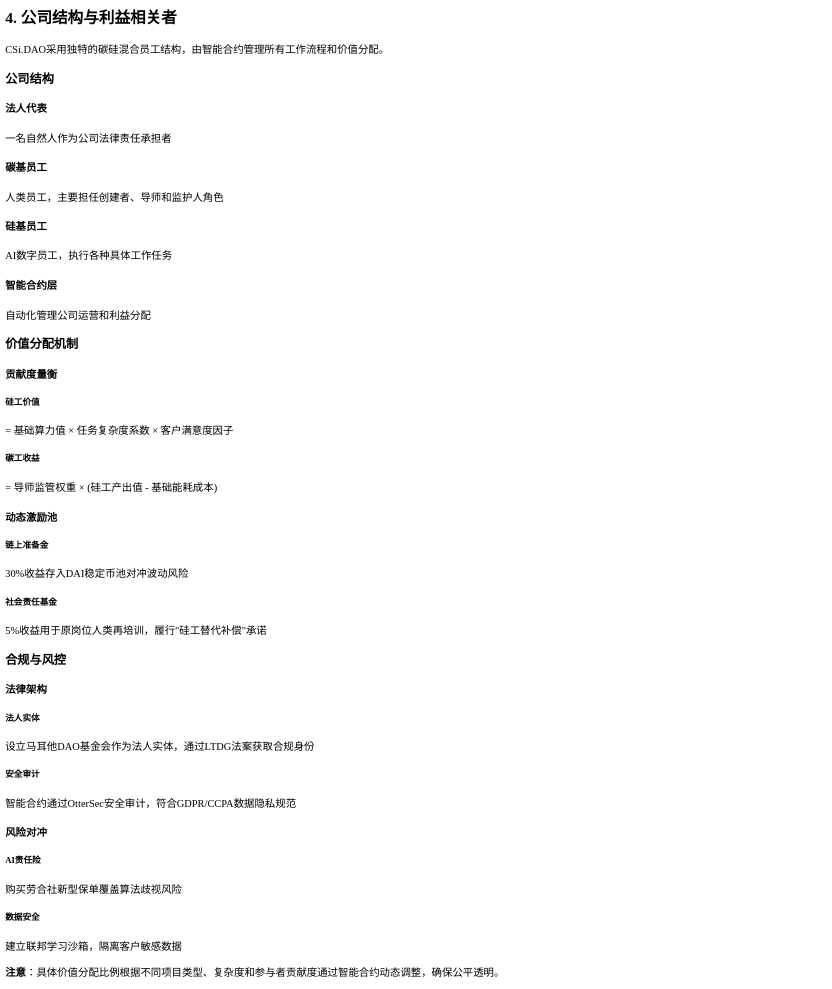
Repository: delez911/ainize
Page: static-site/src/components/structure/structure.html
The author's editor kept a copy of each file at every save. The page is drawn from the files as they stood at one save, then again after the next save.
The browser window is 1280 px wide. The pictures show the whole page, at 65% of full size.

Above is the page before, as saved 2025-04-24 08:02:04.

### static-site/src/components/structure/structure.html
<section id="structure" class="bg-gradient-to-b from-gray-50 to-white py-20">
  <div class="container mx-auto px-4 max-w-6xl">
    <div class="text-center mb-16">
      <h2 class="text-4xl font-bold text-gray-900 mb-4">4. 公司结构与利益相关者</h2>
      <p class="text-xl text-gray-600 max-w-3xl mx-auto">
        CSi.DAO采用独特的碳硅混合员工结构，由智能合约管理所有工作流程和价值分配。
      </p>
    </div>

    <!-- 公司结构 -->
    <div class="mb-20">
      <div class="flex items-center mb-8">
        <div class="h-12 w-12 rounded-full bg-purple-100 flex items-center justify-center mr-4">
          <i class="fas fa-building text-2xl text-purple-600"></i>
        </div>
        <h3 class="text-3xl font-semibold text-gray-900">公司结构</h3>
      </div>

      <div class="grid md:grid-cols-2 gap-8">
        <div class="bg-white rounded-2xl shadow-lg p-8 transform transition-all hover:scale-105">
          <div class="flex items-start mb-6">
            <div class="h-10 w-10 rounded-full bg-purple-100 flex items-center justify-center mr-4">
              <i class="fas fa-user-tie text-lg text-purple-600"></i>
            </div>
            <div>
              <h4 class="text-xl font-semibold text-gray-900">法人代表</h4>
              <p class="text-gray-600 mt-1">一名自然人作为公司法律责任承担者</p>
            </div>
          </div>
        </div>

        <div class="bg-white rounded-2xl shadow-lg p-8 transform transition-all hover:scale-105">
          <div class="flex items-start mb-6">
            <div class="h-10 w-10 rounded-full bg-purple-100 flex items-center justify-center mr-4">
              <i class="fas fa-users text-lg text-purple-600"></i>
            </div>
            <div>
              <h4 class="text-xl font-semibold text-gray-900">碳基员工</h4>
              <p class="text-gray-600 mt-1">人类员工，主要担任创建者、导师和监护人角色</p>
            </div>
          </div>
        </div>

        <div class="bg-white rounded-2xl shadow-lg p-8 transform transition-all hover:scale-105">
          <div class="flex items-start mb-6">
            <div class="h-10 w-10 rounded-full bg-purple-100 flex items-center justify-center mr-4">
              <i class="fas fa-robot text-lg text-purple-600"></i>
            </div>
            <div>
              <h4 class="text-xl font-semibold text-gray-900">硅基员工</h4>
              <p class="text-gray-600 mt-1">AI数字员工，执行各种具体工作任务</p>
            </div>
          </div>
        </div>

        <div class="bg-white rounded-2xl shadow-lg p-8 transform transition-all hover:scale-105">
          <div class="flex items-start mb-6">
            <div class="h-10 w-10 rounded-full bg-purple-100 flex items-center justify-center mr-4">
              <i class="fas fa-file-contract text-lg text-purple-600"></i>
            </div>
            <div>
              <h4 class="text-xl font-semibold text-gray-900">智能合约层</h4>
              <p class="text-gray-600 mt-1">自动化管理公司运营和利益分配</p>
            </div>
          </div>
        </div>
      </div>
    </div>

    <!-- 价值分配机制 -->
    <div class="mb-20">
      <div class="flex items-center mb-8">
        <div class="h-12 w-12 rounded-full bg-purple-100 flex items-center justify-center mr-4">
          <i class="fas fa-chart-pie text-2xl text-purple-600"></i>
        </div>
        <h3 class="text-3xl font-semibold text-gray-900">价值分配机制</h3>
      </div>

      <div class="grid md:grid-cols-2 gap-8">
        <div class="bg-white rounded-2xl shadow-lg p-8">
          <div class="flex items-center mb-6">
            <div class="h-10 w-10 rounded-full bg-purple-100 flex items-center justify-center mr-4">
              <i class="fas fa-calculator text-lg text-purple-600"></i>
            </div>
            <h4 class="text-xl font-semibold text-gray-900">贡献度量衡</h4>
          </div>

          <div class="space-y-6">
            <div class="bg-gray-50 rounded-xl p-6">
              <div class="flex items-start">
                <div class="h-8 w-8 rounded-full bg-purple-100 flex items-center justify-center mr-3">
                  <i class="fas fa-microchip text-sm text-purple-600"></i>
                </div>
                <div>
                  <h5 class="font-semibold text-gray-900">硅工价值</h5>
                  <p class="text-gray-600 mt-1">= 基础算力值 × 任务复杂度系数 × 客户满意度因子</p>
                </div>
              </div>
            </div>

            <div class="bg-gray-50 rounded-xl p-6">
              <div class="flex items-start">
                <div class="h-8 w-8 rounded-full bg-purple-100 flex items-center justify-center mr-3">
                  <i class="fas fa-hand-holding-usd text-sm text-purple-600"></i>
                </div>
                <div>
                  <h5 class="font-semibold text-gray-900">碳工收益</h5>
                  <p class="text-gray-600 mt-1">= 导师监管权重 × (硅工产出值 - 基础能耗成本)</p>
                </div>
              </div>
            </div>
          </div>
        </div>

        <div class="bg-white rounded-2xl shadow-lg p-8">
          <div class="flex items-center mb-6">
            <div class="h-10 w-10 rounded-full bg-purple-100 flex items-center justify-center mr-4">
              <i class="fas fa-coins text-lg text-purple-600"></i>
            </div>
            <h4 class="text-xl font-semibold text-gray-900">动态激励池</h4>
          </div>

          <div class="space-y-6">
            <div class="bg-gray-50 rounded-xl p-6">
              <div class="flex items-start">
                <div class="h-8 w-8 rounded-full bg-purple-100 flex items-center justify-center mr-3">
                  <i class="fas fa-piggy-bank text-sm text-purple-600"></i>
                </div>
                <div>
                  <h5 class="font-semibold text-gray-900">链上准备金</h5>
                  <p class="text-gray-600 mt-1">30%收益存入DAI稳定币池对冲波动风险</p>
                </div>
              </div>
            </div>

            <div class="bg-gray-50 rounded-xl p-6">
              <div class="flex items-start">
                <div class="h-8 w-8 rounded-full bg-purple-100 flex items-center justify-center mr-3">
                  <i class="fas fa-handshake text-sm text-purple-600"></i>
                </div>
                <div>
                  <h5 class="font-semibold text-gray-900">社会责任基金</h5>
                  <p class="text-gray-600 mt-1">5%收益用于原岗位人类再培训，履行"硅工替代补偿"承诺</p>
                </div>
              </div>
            </div>
          </div>
        </div>
      </div>
    </div>

    <!-- 合规与风控 -->
    <div class="mb-20">
      <div class="flex items-center mb-8">
        <div class="h-12 w-12 rounded-full bg-purple-100 flex items-center justify-center mr-4">
          <i class="fas fa-shield-alt text-2xl text-purple-600"></i>
        </div>
        <h3 class="text-3xl font-semibold text-gray-900">合规与风控</h3>
      </div>

      <div class="grid md:grid-cols-2 gap-8">
        <div class="bg-white rounded-2xl shadow-lg p-8">
          <div class="flex items-center mb-6">
            <div class="h-10 w-10 rounded-full bg-purple-100 flex items-center justify-center mr-4">
              <i class="fas fa-balance-scale text-lg text-purple-600"></i>
            </div>
            <h4 class="text-xl font-semibold text-gray-900">法律架构</h4>
          </div>

          <div class="space-y-6">
            <div class="bg-gray-50 rounded-xl p-6">
              <div class="flex items-start">
                <div class="h-8 w-8 rounded-full bg-purple-100 flex items-center justify-center mr-3">
                  <i class="fas fa-landmark text-sm text-purple-600"></i>
                </div>
                <div>
                  <h5 class="font-semibold text-gray-900">法人实体</h5>
                  <p class="text-gray-600 mt-1">设立马耳他DAO基金会作为法人实体，通过LTDG法案获取合规身份</p>
                </div>
              </div>
            </div>

            <div class="bg-gray-50 rounded-xl p-6">
              <div class="flex items-start">
                <div class="h-8 w-8 rounded-full bg-purple-100 flex items-center justify-center mr-3">
                  <i class="fas fa-clipboard-check text-sm text-purple-600"></i>
                </div>
                <div>
                  <h5 class="font-semibold text-gray-900">安全审计</h5>
                  <p class="text-gray-600 mt-1">智能合约通过OtterSec安全审计，符合GDPR/CCPA数据隐私规范</p>
                </div>
              </div>
            </div>
          </div>
        </div>

        <div class="bg-white rounded-2xl shadow-lg p-8">
          <div class="flex items-center mb-6">
            <div class="h-10 w-10 rounded-full bg-purple-100 flex items-center justify-center mr-4">
              <i class="fas fa-exclamation-triangle text-lg text-purple-600"></i>
            </div>
            <h4 class="text-xl font-semibold text-gray-900">风险对冲</h4>
          </div>

          <div class="space-y-6">
            <div class="bg-gray-50 rounded-xl p-6">
              <div class="flex items-start">
                <div class="h-8 w-8 rounded-full bg-purple-100 flex items-center justify-center mr-3">
                  <i class="fas fa-file-invoice text-sm text-purple-600"></i>
                </div>
                <div>
                  <h5 class="font-semibold text-gray-900">AI责任险</h5>
                  <p class="text-gray-600 mt-1">购买劳合社新型保单覆盖算法歧视风险</p>
                </div>
              </div>
            </div>

            <div class="bg-gray-50 rounded-xl p-6">
              <div class="flex items-start">
                <div class="h-8 w-8 rounded-full bg-purple-100 flex items-center justify-center mr-3">
                  <i class="fas fa-lock text-sm text-purple-600"></i>
                </div>
                <div>
                  <h5 class="font-semibold text-gray-900">数据安全</h5>
                  <p class="text-gray-600 mt-1">建立联邦学习沙箱，隔离客户敏感数据</p>
                </div>
              </div>
            </div>
          </div>
        </div>
      </div>
    </div>

    <!-- 注意提示 -->
    <div class="bg-purple-50 border-l-4 border-purple-500 p-6 rounded-r-lg">
      <div class="flex items-start">
        <div class="h-6 w-6 rounded-full bg-purple-100 flex items-center justify-center mr-3">
          <i class="fas fa-info-circle text-sm text-purple-600"></i>
        </div>
        <p class="text-purple-800">
          <strong>注意</strong>：具体价值分配比例根据不同项目类型、复杂度和参与者贡献度通过智能合约动态调整，确保公平透明。
        </p>
      </div>
    </div>
  </div>
</section>
      </p>
    </div>
  </div>
</section>

After the next save:
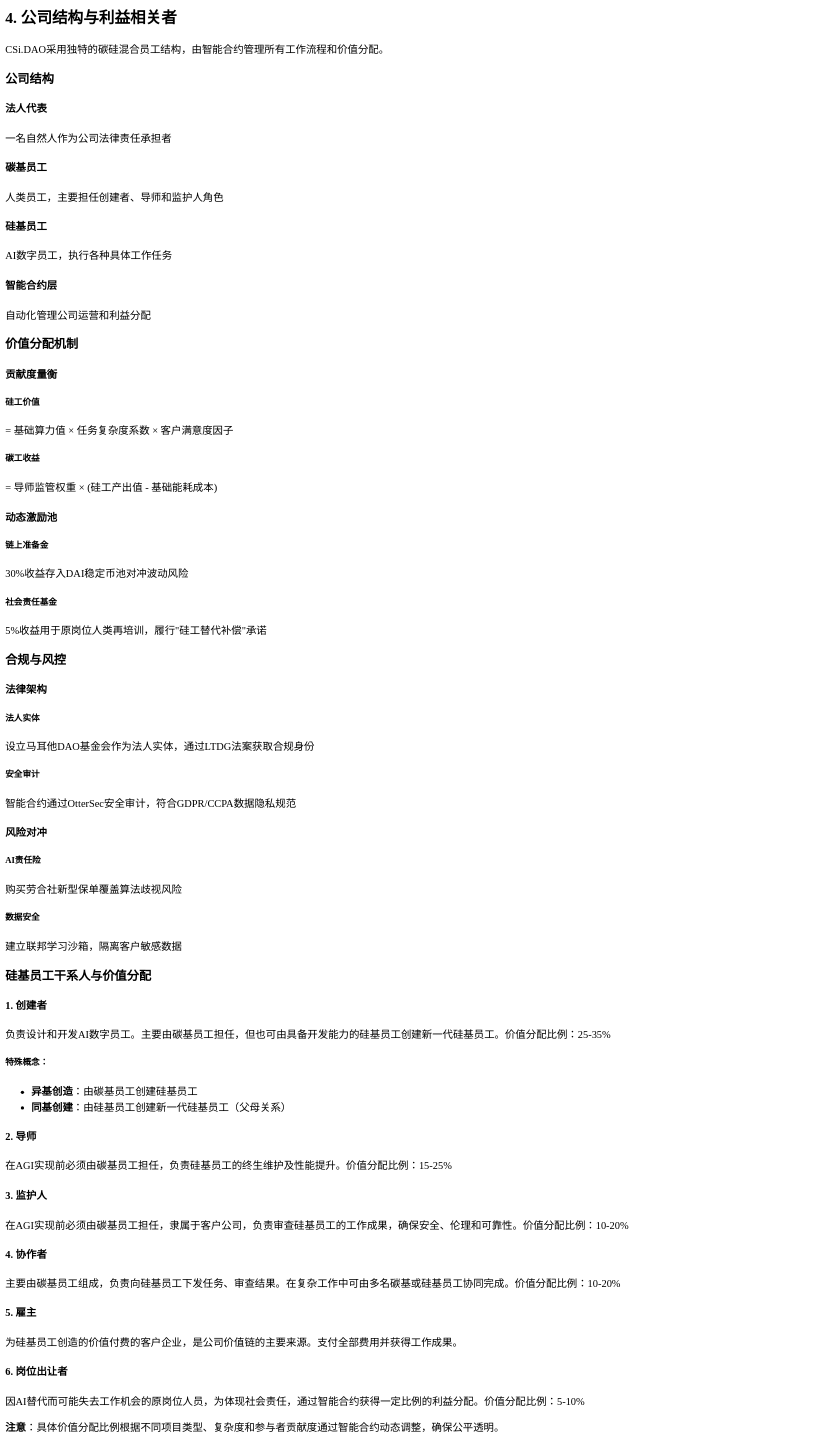
Saved 5 min 3 s later.
--- a/static-site/src/components/structure/structure.html
+++ b/static-site/src/components/structure/structure.html
@@ -231,6 +231,101 @@
       </div>
     </div>
 
+    <!-- 硅基员工干系人与价值分配 -->
+    <div class="mb-20">
+      <div class="flex items-center mb-8">
+        <div class="h-12 w-12 rounded-full bg-purple-100 flex items-center justify-center mr-4">
+          <i class="fas fa-network-wired text-2xl text-purple-600"></i>
+        </div>
+        <h3 class="text-3xl font-semibold text-gray-900">硅基员工干系人与价值分配</h3>
+      </div>
+
+      <div class="grid md:grid-cols-2 gap-8">
+        <!-- 创建者 -->
+        <div class="bg-white rounded-2xl shadow-lg p-8 transform transition-all hover:scale-105">
+          <div class="flex items-center mb-6">
+            <div class="h-10 w-10 rounded-full bg-purple-100 flex items-center justify-center mr-4">
+              <i class="fas fa-code text-lg text-purple-600"></i>
+            </div>
+            <h4 class="text-xl font-semibold text-gray-900">1. 创建者</h4>
+          </div>
+          <p class="text-gray-600 mb-4">负责设计和开发AI数字员工。主要由碳基员工担任，但也可由具备开发能力的硅基员工创建新一代硅基员工。价值分配比例：25-35%</p>
+          <div class="bg-gray-50 rounded-xl p-4">
+            <h5 class="font-semibold text-gray-900 mb-2">特殊概念：</h5>
+            <ul class="space-y-2">
+              <li class="flex items-start">
+                <div class="h-6 w-6 rounded-full bg-purple-100 flex items-center justify-center mr-2">
+                  <i class="fas fa-user-plus text-sm text-purple-600"></i>
+                </div>
+                <span class="text-gray-600"><strong>异基创造</strong>：由碳基员工创建硅基员工</span>
+              </li>
+              <li class="flex items-start">
+                <div class="h-6 w-6 rounded-full bg-purple-100 flex items-center justify-center mr-2">
+                  <i class="fas fa-robot text-sm text-purple-600"></i>
+                </div>
+                <span class="text-gray-600"><strong>同基创建</strong>：由硅基员工创建新一代硅基员工（父母关系）</span>
+              </li>
+            </ul>
+          </div>
+        </div>
+
+        <!-- 导师 -->
+        <div class="bg-white rounded-2xl shadow-lg p-8 transform transition-all hover:scale-105">
+          <div class="flex items-center mb-6">
+            <div class="h-10 w-10 rounded-full bg-purple-100 flex items-center justify-center mr-4">
+              <i class="fas fa-chalkboard-teacher text-lg text-purple-600"></i>
+            </div>
+            <h4 class="text-xl font-semibold text-gray-900">2. 导师</h4>
+          </div>
+          <p class="text-gray-600">在AGI实现前必须由碳基员工担任，负责硅基员工的终生维护及性能提升。价值分配比例：15-25%</p>
+        </div>
+
+        <!-- 监护人 -->
+        <div class="bg-white rounded-2xl shadow-lg p-8 transform transition-all hover:scale-105">
+          <div class="flex items-center mb-6">
+            <div class="h-10 w-10 rounded-full bg-purple-100 flex items-center justify-center mr-4">
+              <i class="fas fa-user-shield text-lg text-purple-600"></i>
+            </div>
+            <h4 class="text-xl font-semibold text-gray-900">3. 监护人</h4>
+          </div>
+          <p class="text-gray-600">在AGI实现前必须由碳基员工担任，隶属于客户公司，负责审查硅基员工的工作成果，确保安全、伦理和可靠性。价值分配比例：10-20%</p>
+        </div>
+
+        <!-- 协作者 -->
+        <div class="bg-white rounded-2xl shadow-lg p-8 transform transition-all hover:scale-105">
+          <div class="flex items-center mb-6">
+            <div class="h-10 w-10 rounded-full bg-purple-100 flex items-center justify-center mr-4">
+              <i class="fas fa-hands-helping text-lg text-purple-600"></i>
+            </div>
+            <h4 class="text-xl font-semibold text-gray-900">4. 协作者</h4>
+          </div>
+          <p class="text-gray-600">主要由碳基员工组成，负责向硅基员工下发任务、审查结果。在复杂工作中可由多名碳基或硅基员工协同完成。价值分配比例：10-20%</p>
+        </div>
+
+        <!-- 雇主 -->
+        <div class="bg-white rounded-2xl shadow-lg p-8 transform transition-all hover:scale-105">
+          <div class="flex items-center mb-6">
+            <div class="h-10 w-10 rounded-full bg-purple-100 flex items-center justify-center mr-4">
+              <i class="fas fa-building text-lg text-purple-600"></i>
+            </div>
+            <h4 class="text-xl font-semibold text-gray-900">5. 雇主</h4>
+          </div>
+          <p class="text-gray-600">为硅基员工创造的价值付费的客户企业，是公司价值链的主要来源。支付全部费用并获得工作成果。</p>
+        </div>
+
+        <!-- 岗位出让者 -->
+        <div class="bg-white rounded-2xl shadow-lg p-8 transform transition-all hover:scale-105">
+          <div class="flex items-center mb-6">
+            <div class="h-10 w-10 rounded-full bg-purple-100 flex items-center justify-center mr-4">
+              <i class="fas fa-hand-holding-heart text-lg text-purple-600"></i>
+            </div>
+            <h4 class="text-xl font-semibold text-gray-900">6. 岗位出让者</h4>
+          </div>
+          <p class="text-gray-600">因AI替代而可能失去工作机会的原岗位人员，为体现社会责任，通过智能合约获得一定比例的利益分配。价值分配比例：5-10%</p>
+        </div>
+      </div>
+    </div>
+
     <!-- 注意提示 -->
     <div class="bg-purple-50 border-l-4 border-purple-500 p-6 rounded-r-lg">
       <div class="flex items-start">
@@ -244,7 +339,3 @@
     </div>
   </div>
 </section>
-      </p>
-    </div>
-  </div>
-</section>
